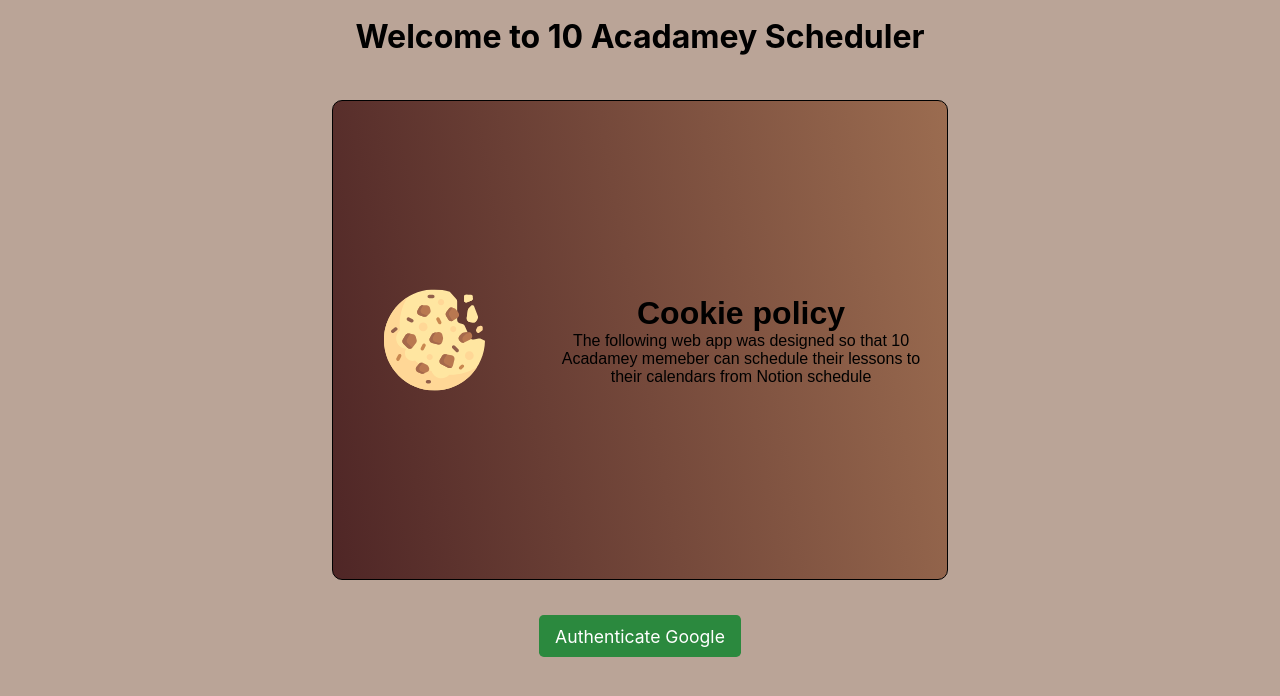
Repository: nebilarega/calendar-extractor
Page: / (app in frontend/)
These files come from the project's save history. The page is drawn as it stood at one moment and after the next save; the edit follows.
The browser window is 1280 px wide. The pictures show the whole page.
The project was rebuilt for these pictures with package versions that can differ from the ones it lists, and the page was loaded fresh each time.

Above is the page before, as saved 2022-08-24 23:59:29.

After the next save:
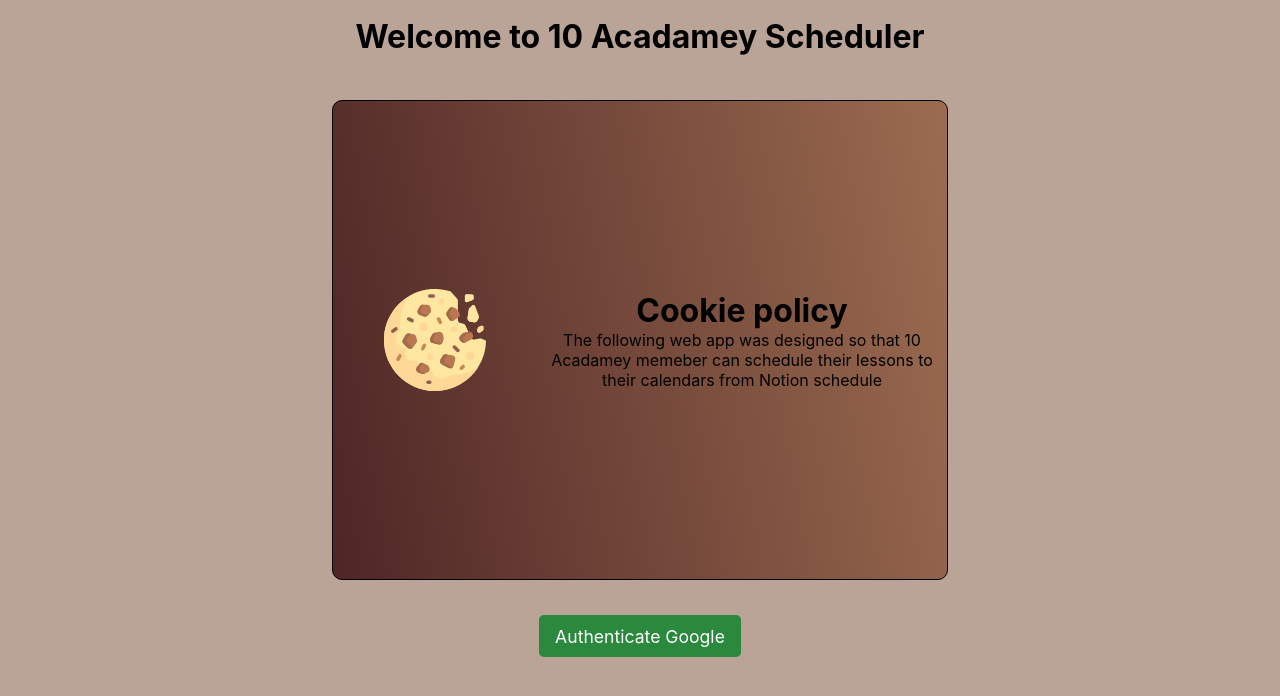
Saved 46 s later.
--- a/frontend/src/css/landing.css
+++ b/frontend/src/css/landing.css
@@ -115,14 +115,14 @@
   align-items: center;
   height: 100%;
 }
-.text__container {
+/* .text__container {
   display: flex;
   flex-direction: column;
   justify-content: space-around;
   align-items: center;
   padding: 1rem;
   font-family: "Poppins", sans-serif;
-}
+} */
 svg {
   width: 50%;
 }

After the save that followed:
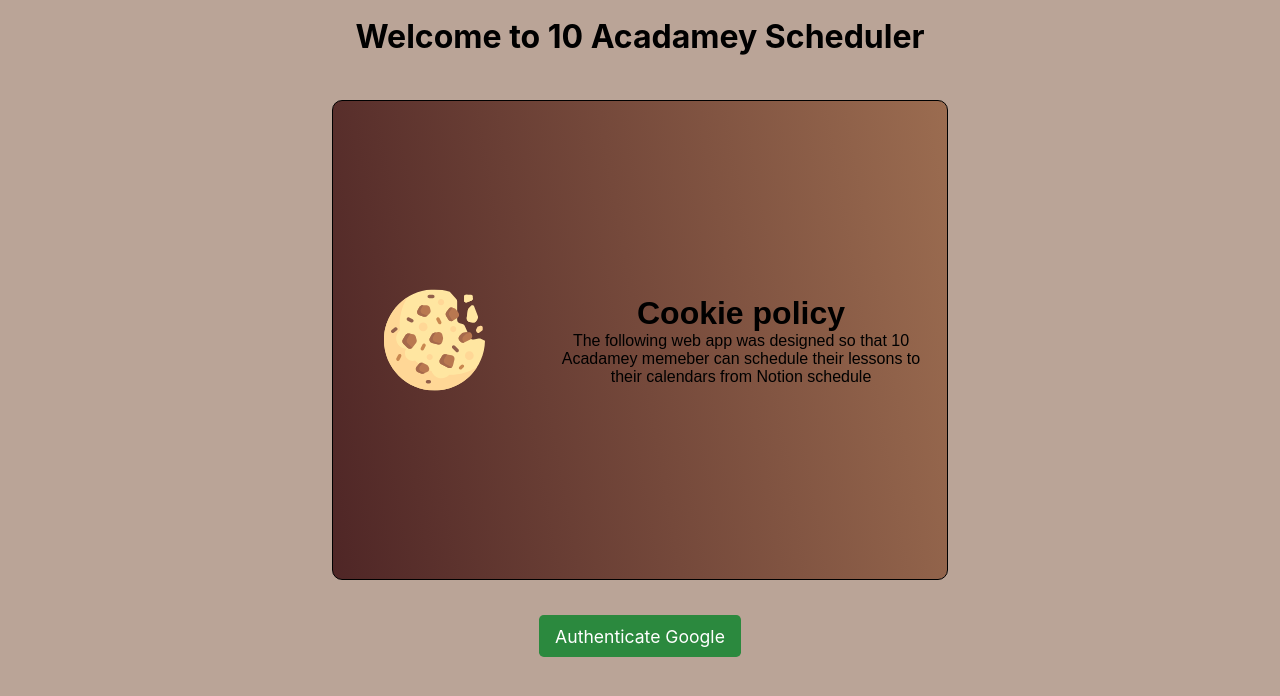
Saved 7 s later.
--- a/frontend/src/css/landing.css
+++ b/frontend/src/css/landing.css
@@ -115,14 +115,14 @@
   align-items: center;
   height: 100%;
 }
-/* .text__container {
+.text__container {
   display: flex;
   flex-direction: column;
   justify-content: space-around;
   align-items: center;
   padding: 1rem;
   font-family: "Poppins", sans-serif;
-} */
+}
 svg {
   width: 50%;
 }
